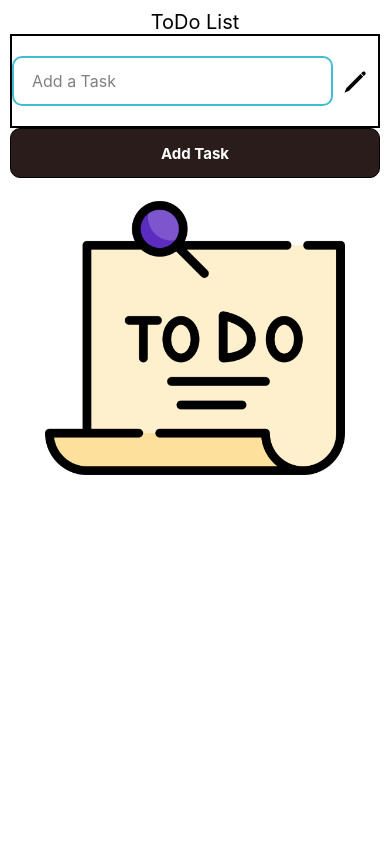
Repository: raisingh22/Projects
Screen: /
An editor plug-in stored every save of this project. The screen is shown before and after the next save, followed by the edit.
The app was drawn by React Native's web renderer in a window 390 px wide. The project was rebuilt for these pictures with package versions that can differ from the ones it lists, and the page was loaded fresh each time.

Above is the screen before, as saved 2024-01-22 14:07:55.

After the next save:
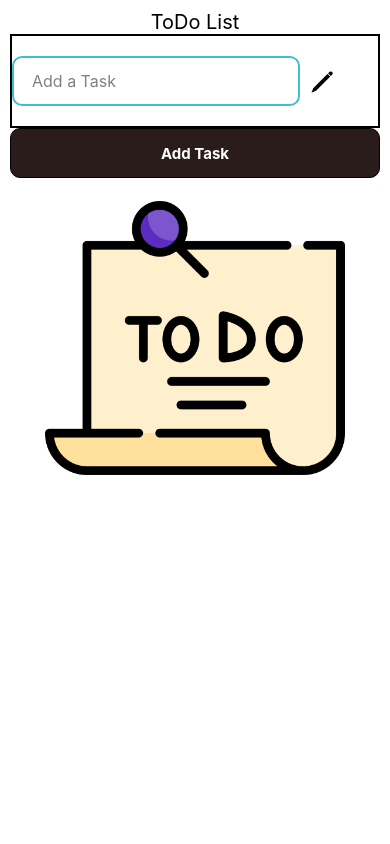
Saved 12 s later.
--- a/src/ToDoList/screens/ToDo.js
+++ b/src/ToDoList/screens/ToDo.js
@@ -169,7 +169,7 @@ export default ToDo;
 
 const styles = StyleSheet.create({
   textInput: {
-    width: '100%',
+    // width: '100%',
     height: 50,
     marginVertical: 20,
     borderWidth: 2,
